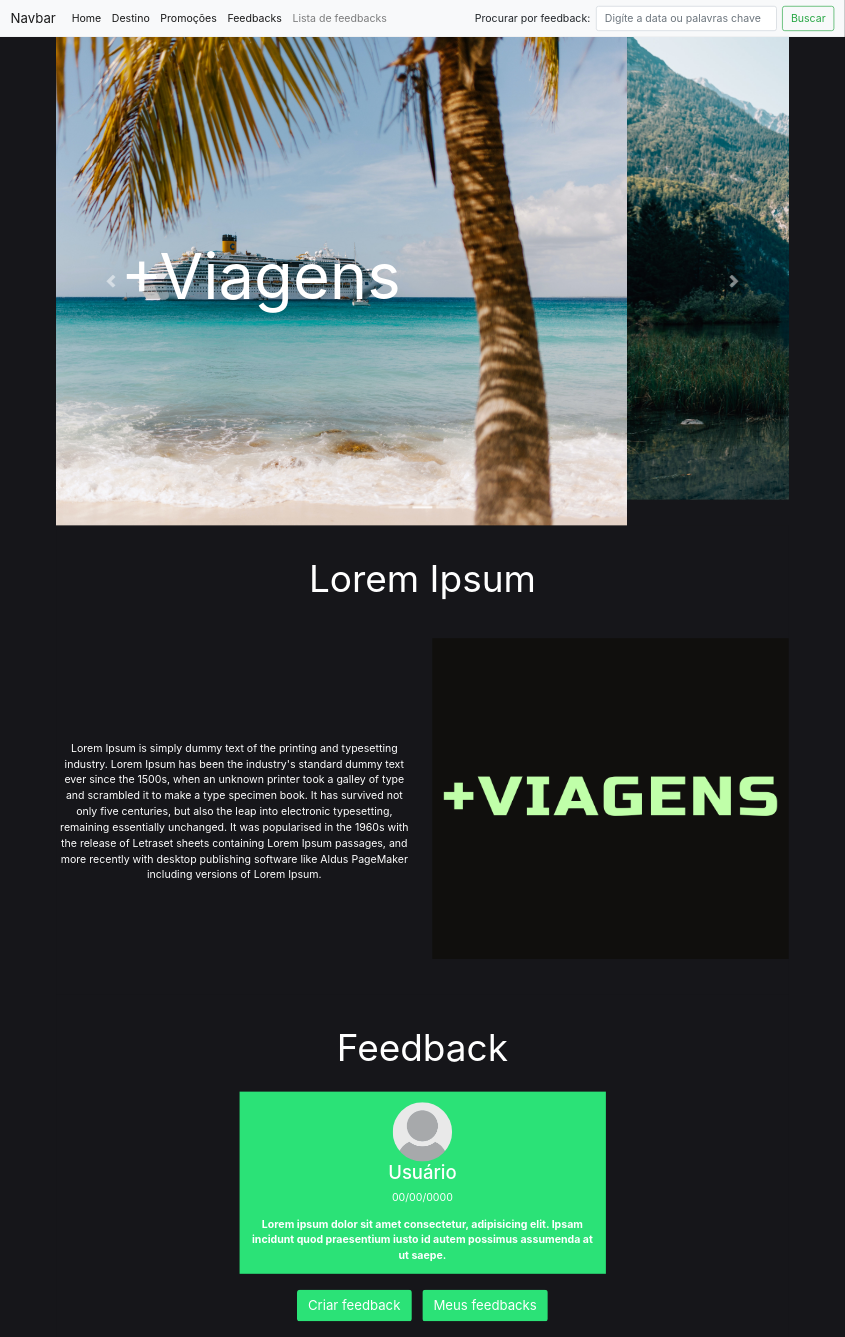
Repository: JulioSantooz/maisViagensSegundaVersao
Page: java-web(eclipse)/java-crud-mais-viagens/src/main/webapp/index.html
These files come from the project's save history. The page is drawn as it stood at one moment and after the next save; the edit follows.
The browser window is 1280 px wide. The pictures show the whole page, at 66% of full size.
Some web libraries are served in a nearby version.

Above is the page before, as saved 2022-02-07 17:49:43.

After the next save:
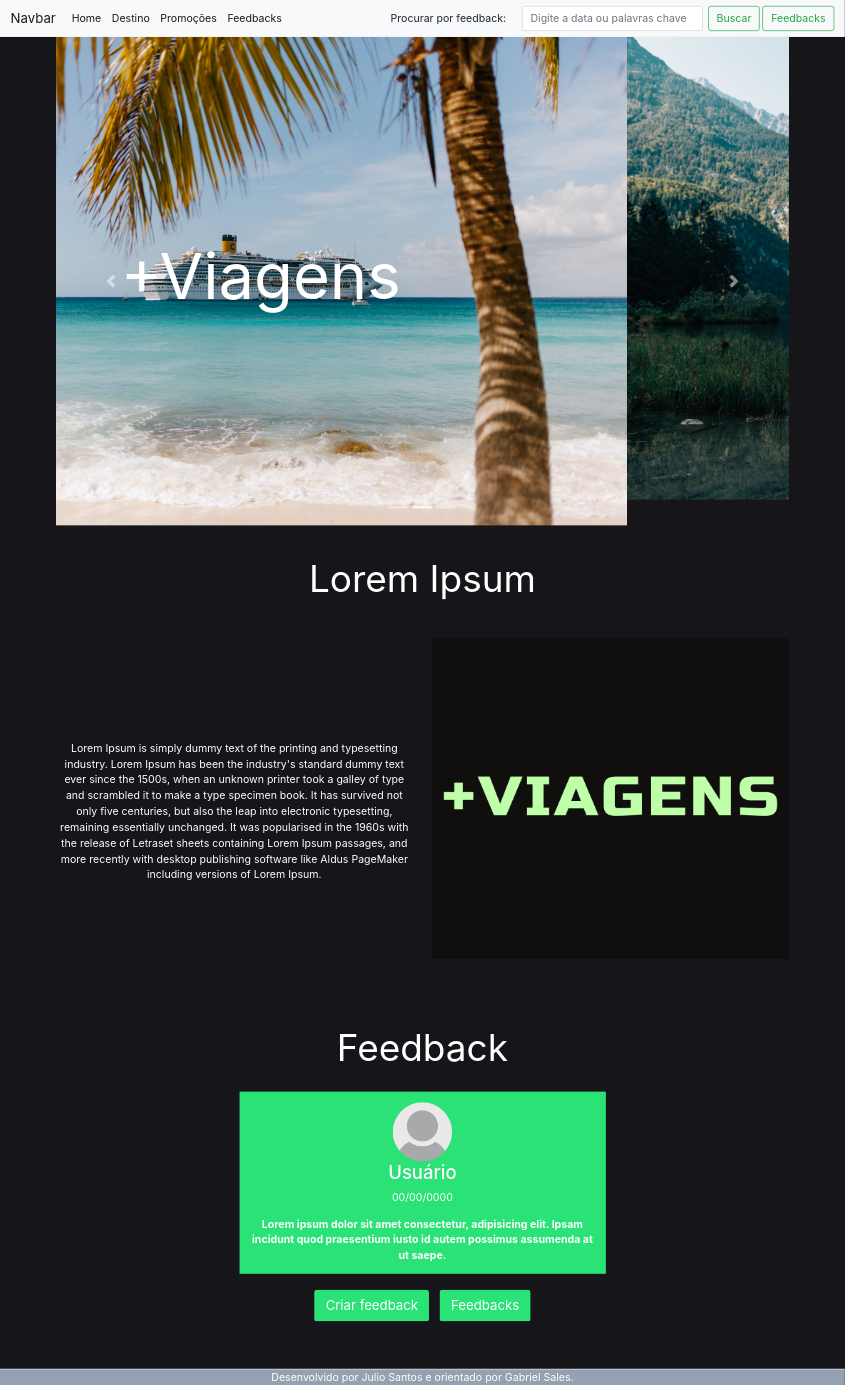
Saved 23 s later.
--- a/java-web(eclipse)/java-crud-mais-viagens/src/main/webapp/index.html
+++ b/java-web(eclipse)/java-crud-mais-viagens/src/main/webapp/index.html
@@ -25,16 +25,14 @@
         <a class="nav-link" href="promocao.html">Promoções <span class="sr-only">(current)</span></a>
       </li>
       <li class="nav-item active">
-        <a class="nav-link" href="destino.html">Feedbacks <span class="sr-only">(current)</span></a>
-      </li>
-      <li class="nav-item">
-        <a class="nav-link" href="CreateAndFind">Lista de feedbacks</a>
+        <a class="nav-link" href="feedback.html">Feedbacks <span class="sr-only">(current)</span></a>
       </li>
     </ul>
     <form action="CreateAndFind" method="GET" class="form-inline my-2 my-lg-0">
-      <span>Procurar por feedback: &nbsp</span>
+      <span class="mr-4">Procurar por feedback:</span>
       <input name="pesquisa" class="form-control mr-sm-2" type="search" placeholder="Digíte a data ou palavras chave" aria-label="Search">
       <button class="btn btn-outline-success my-2 my-sm-0" type="submit">Buscar</button>
+      <button class="btn btn-outline-success my-2 my-sm-0 ml-1" type="submit">Feedbacks</button>
     </form>
   </div>
 </nav>
@@ -127,7 +125,7 @@
                     Criar feedback
                 </button>
                 <a class="btn btn-lg text-white" href="feedback.html" style="background-color: rgb(43, 226, 119);">
-                    Meus feedbacks
+                    Feedbacks
                 </a>
 
                   <!-- container do modal -->
@@ -145,10 +143,10 @@
                         <div class="modal-body">
                           <div class="container">
                               <h2 class="text-center">Feedback</h2>
-                              <form action="/action_page.php" class="was-validated">
+                              <form action="CreateAndFind" method="POST" class="was-validated">
                                 <div class="form-group">
                                   <label for="uname">Descrição:</label>
-                                  <textarea  class="form-control" name="" id="uname" cols="30" rows="5"  placeholder="Digite..." required></textarea>
+                                  <textarea  class="form-control" name="descricao" id="uname" cols="30" rows="5"  placeholder="Digite..." required></textarea>
                                   <div class="valid-feedback">Preenchimento Válido</div>
                                   <div class="invalid-feedback">Campo Obrigatório</div>
                                 </div>
@@ -173,6 +171,12 @@
 
 </div>
 
+<footer class="border-top footer text-muted mt-5" style = "background-color: #94a1b2; margin-bottom:-30px;">
+    <div class="container text-white text-center">
+        <p>Desenvolvido por <a class="text-white" href="https://www.linkedin.com/in/julio-henrique-diaz-viana-dos-santos-209009201/">Julio Santos</a> e orientado por <a class="text-white" href="https://www.linkedin.com/in/gabriel-sales-3093b0168/">Gabriel Sales</a>.</p>
+    </div>
+</footer>
+
 <script src="https://code.jquery.com/jquery-3.2.1.slim.min.js"></script>
 <script src="https://cdnjs.cloudflare.com/ajax/libs/popper.js/1.12.9/umd/popper.min.js"></script>
 <script src="https://maxcdn.bootstrapcdn.com/bootstrap/4.0.0/js/bootstrap.js"></script>
